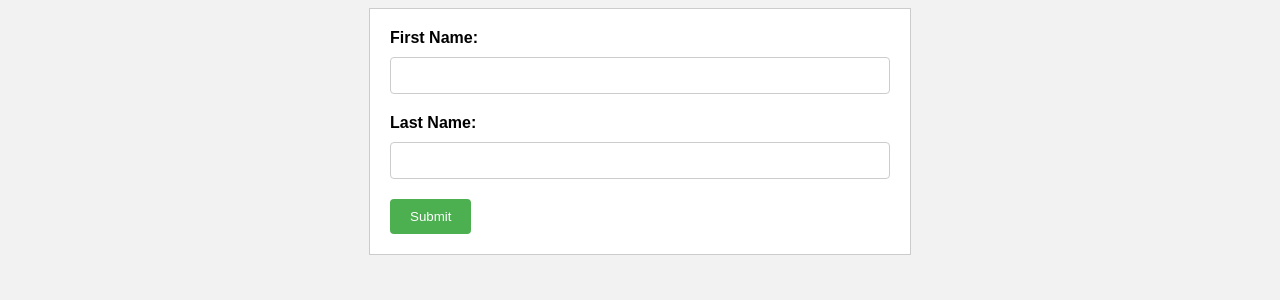
Repository: hisu87/WEB1043-JS
Page: Lab-Done-JS/Starting-to-JS/Day-13/form4.html
The author's editor kept a copy of each file at every save. The page is drawn from the files as they stood at one save, then again after the next save.
The browser window is 1280 px wide. The pictures show the whole page.

Above is the page before, as saved 2023-04-07 09:27:07.

After the next save:
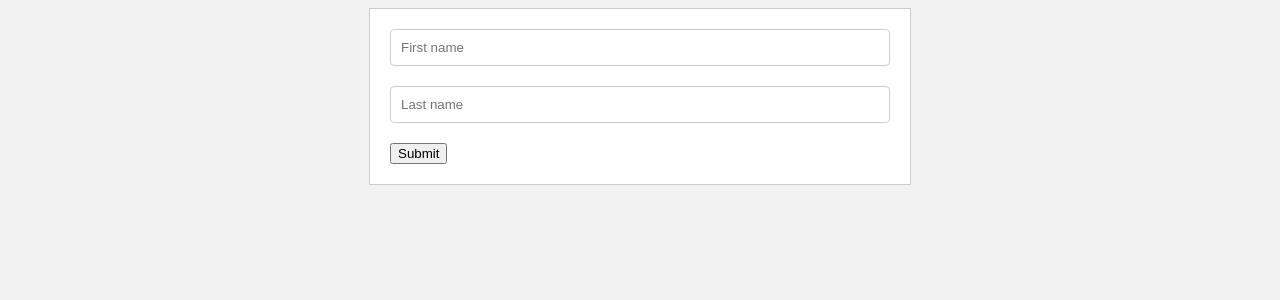
Saved 3 min 49 s later.
--- a/Lab-Done-JS/Starting-to-JS/Day-13/form4.html
+++ b/Lab-Done-JS/Starting-to-JS/Day-13/form4.html
@@ -93,37 +93,29 @@
 </head>
 <body>
   <form>
-    <label for="firstname">First Name:</label>
-    <input type="text" id="firstname" name="firstname" required onchange="logEvent()">
+      <input type="text" name="firstname" placeholder="First name" onchange="logEvent()" />
+      <input type="text" name="lastname" placeholder="Last name" onblur="logEvent()" />
+      <input type="button" onclick="sendInfo()" value="Submit" />
+    </form>
 
-    <label for="lastname">Last Name:</label>
-    <input type="text" id="lastname" name="lastname" required onblur="logEvent()">
-
-    <input type="submit" value="Submit" onclick="sendInfo()">
-  </form>
-
-  <div id="welcome"></div>
-
-  <script>
-
-    function logEvent() {
-            let p = event.target;
-            if (p.name = 'firstname') {
-                message("First name changed to " + p.value);
-
-            } else {
-                message("Last name changed to " + p.value);
-
-            }
+    <script>
+      function logEvent() {
+        let p = event.target;
+        if (p.name == "firstname") {
+          message("First Name Changed to " + p.value);
+        } else {
+          message("Last Name Changed to " + p.value);
         }
-        function sendInfo() {
-            let p = event.target.parentElement;
-            message("Welcomle" + " " + p.firstname.value + " " + p.lastname.value);
-        }
-        function message(m) {
-            document.getElementById("welcome").innerHTML = m;
-            console.log(m);
-        }
-  </script>
+      }
+      function sendInfo() {
+        let p = event.target.parentElement;
+        message("Welcome: " + p.firstname.value + " " + p.lastname.value);
+      }
+      function message(m) {
+        document.getElementById("welcome:").innerHTML = m;
+      }
+    </script>
+    <div id="welcome:"></div>
+</script>
 </body>
 </html>
